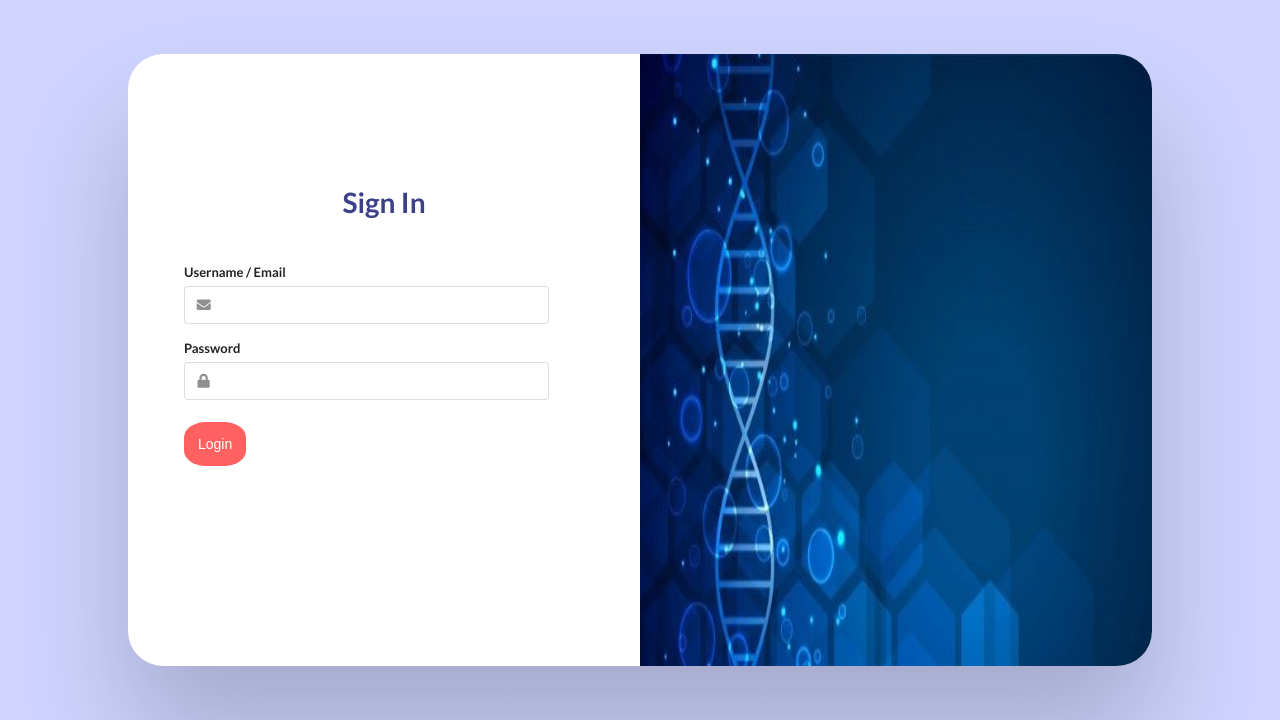
Repository: ajayaj2001/healthcare-digitization
Page: /
The author's editor kept a copy of each file at every save. The page is drawn from the files as they stood at one save, then again after a run of saves.
The browser window is 1280 px wide. The pictures show the whole page.
The project was rebuilt for these pictures with package versions that can differ from the ones it lists, and the page was loaded fresh each time. Also part of the build but not shown: src/component/userType/UserType.scss, src/component/userType/UserType.js.

Above is the page before, as saved 2021-03-12 21:20:57.

### public/index.html
<!DOCTYPE html>
<html lang="en">

<head>
  <meta charset="utf-8" />
  <meta name="viewport" content="width=device-width, initial-scale=1" />
  <meta name="theme-color" content="#000000" />
  <meta name="description" content="Web site created using create-react-app" />
  <link rel="stylesheet" href="https://fonts.googleapis.com/css?family=Roboto:300,400,500,700&display=swap" />
  <link rel="stylesheet" href="https://fonts.googleapis.com/icon?family=Material+Icons" />

  <!--
      manifest.json provides metadata used when your web app is installed on a
      user's mobile device or desktop. See https://developers.google.com/web/fundamentals/web-app-manifest/
    -->
  <!-- <link rel="manifest" href="%PUBLIC_URL%/manifest.json" /> -->
  <!--
      Notice the use of %PUBLIC_URL% in the tags above.
      It will be replaced with the URL of the `public` folder during the build.
      Only files inside the `public` folder can be referenced from the HTML.

      Unlike "/favicon.ico" or "favicon.ico", "%PUBLIC_URL%/favicon.ico" will
      work correctly both with client-side routing and a non-root public URL.
      Learn how to configure a non-root public URL by running `npm run build`.
    -->
  <title>medical</title>
</head>

<body>
  <noscript>You need to enable JavaScript to run this app.</noscript>
  <div id="root"></div>
  <!--
      This HTML file is a template.
      If you open it directly in the browser, you will see an empty page.

      You can add webfonts, meta tags, or analytics to this file.
      The build step will place the bundled scripts into the <body> tag.

      To begin the development, run `npm start` or `yarn start`.
      To create a production bundle, use `npm run build` or `yarn build`.
    -->
</body>

</html>

### src/index.js
import React from 'react';
import ReactDOM from 'react-dom';
import './index.scss';
import App from './component/app/App';
import 'semantic-ui-css/semantic.min.css'


ReactDOM.render(
  <React.StrictMode>
    <App />
  </React.StrictMode>,
  document.getElementById('root')
);

### src/index.scss
code {
  font-family: source-code-pro, Menlo, Monaco, Consolas, "Courier New", monospace;
}
@mixin respond($breakpoint) {
  @if $breakpoint == phone {
    @media (max-width: 37.5em) {
      @content;
    }
  }

  @if $breakpoint == tab-land {
    @media (max-width: 75em) {
      @content;
    }
  }
  @if $breakpoint == tab-port {
    @media (max-width: 56.25em) {
      @content;
    }
  }
  @if $breakpoint == big-desktop {
    @media (min-width: 112.5em) {
      @content;
    }
  }
}

*,
*::after,
*::before {
  margin: 0;
  padding: 0;
  box-sizing: inherit;
}
body {
  font-family: "Lato", sans-serif;
  font-weight: 400;
  font-size: 16px;
  line-height: 1.7;
  color: #777;
  //padding: 30px;
  box-sizing: border-box;
  @include respond(tab-port) {
    padding: 0;
  }
}

html {
  font-size: 62.5%; //1rem=10px 10px/16px=62.5%
  @include respond(tab-land) {
    //width <1200
    font-size: 56.25%; //1rem=9px
  }
  @include respond(tab-port) {
    //<width <900
    font-size: 50%; //1rem=8px
  }
  // @include respond(phone) {
  //     //<width<600
  //     font-size: 40%; //1rem=4.8px
  // }
  @include respond(big-desktop) {
    //>1200
    font-size: 75%; //1rem=12
  }
}

### src/component/app/App.js
import './App.scss';

import UserType from "../userType/UserType";
import Login from '../login/Login';

function App() {
  return (
    <div className="App">
      {/* <UserType /> */}
      <Login/>
    </div>
  );
}

export default App;

### src/component/login/Login.js
import React from 'react'
import sideGif from '../../img/img-1.jpg'
import './Login.scss'
import LoginForm from './loginForm/LoginForm'


const Login = () => {
    return (
        <div className="loginContainer">
            <div className="login">
                <div className="login__signin">
                    <h2 className="login__signin--heading">Sign In</h2>
                    <div className="login__signin--form"><LoginForm /></div>
                </div>

                <img src={sideGif} alt="rocket" className="login__image" />
            </div>
        </div>
    )
}

export default Login

### src/component/login/Login.scss
.loginContainer {
    margin: 0;
    background-color: #cfd4fe;
    height: 100vh;
    display: flex;
    justify-content: center;
    align-items: center;
}
.login {
    background-color: white;
    width: 80%;
    height: 85%;
    display: grid;
    grid-template-columns: 50% 50%;
    border-radius: 2.5rem;
    align-items: center;
    overflow: hidden;
    box-shadow: 0 5rem 8rem rgba(black, 0.2);
    &__image {
        width: 100%;
        height: 100%;
    }
    &__signin {
        display: flex;
        flex-direction: column;
        margin-bottom: 5rem;
        &--form {
            height: 70%;
        }
        &--heading {
            font-size: 2rem;
            color: #3b4089;
            align-self: center;
        }
    }
}


.ui.error.message{
    width: 90% !important;
    height: 5rem !important;
}

### src/component/login/loginForm/LoginForm.js
import React, { useState } from 'react'
import { Form, Message } from 'semantic-ui-react'
import './LoginForm.scss'
//import { Link } from 'react-router-dom';
//import firebase from '../../../../firebase';


const LoginForm = () => {

    const [errors, seterrors] = useState("")
    const [email, setEmail] = useState("");
    const [password, setPassword] = useState("");
    const [loading, setLoading] = useState(false);




    const formSubmit = (event) => {
        event.preventDefault();
        if (email && password) {
            setLoading(true);
            // firebase
            //     .auth()
            //     .signInWithEmailAndPassword(email, password)
            //     .then(() => {
            //         setLoading(false);
            //         seterrors("")
            //     })
            //     .catch((err) => {
            //         console.log(err);
            //         seterrors(err.message)
            //         setLoading(false);
            //     })
        }
        else {
            seterrors("Fill  the data")
        }
    }



    return (
        <div className="loginForm">
            {
                errors ? <Message error style={{ width: '40rem', height: '5rem' }} ><h2>{errors}</h2></Message> : ""

            }
            <Form onSubmit={formSubmit}>
                <Form.Input
                    fluid
                    name="email"
                    icon="mail"
                    iconPosition="left"
                    label="Username / Email"
                    type="Email"
                    onChange={(event) => setEmail(event.target.value)} value={email}
                    className={errors.toLowerCase().includes('email') ? 'error loginForm__input' : 'loginForm__input'}
                />
                <Form.Input
                    fluid
                    name="password"
                    icon="lock"
                    iconPosition="left"
                    label="Password"
                    type="password"
                    onChange={(event) => setPassword(event.target.value)} value={password}
                    className={errors.toLowerCase().includes('password') ? 'error loginForm__input' : 'loginForm__input'}
                />
                <button disabled={loading} className={loading ? 'loading loginForm__button' : " loginForm__button"} type='submit'>Login </button>
            </Form>
            {/* <div className="loginForm__link">Don't Have An Account?<Link to="/register" >  Register</Link></div> */}

        </div>
    )
}

export default LoginForm

### src/component/login/loginForm/LoginForm.scss
.loginForm {
    margin-top: 2rem;
    padding-left: 4rem;
    &__input {
        width: 80%;
        border-radius: 30%;
    }
    &__button {
        background-color: #ff6161;
        border: none;
        padding: 1rem;
        border-radius: 35%;
        color: white;
        margin-top: 0.6rem;
    }
    &__button:focus {
        outline: none;
        background-color: #ffbcbc;
    }
    &__link {
        padding-top: 0.4rem;
        padding-left: 8rem;
    }
    &__input2 {
        width: 80%;
    }
}

Loaded but not shown: src/component/app/App.scss (no stored copy; drawn as an empty file)

After the next 3 saves:
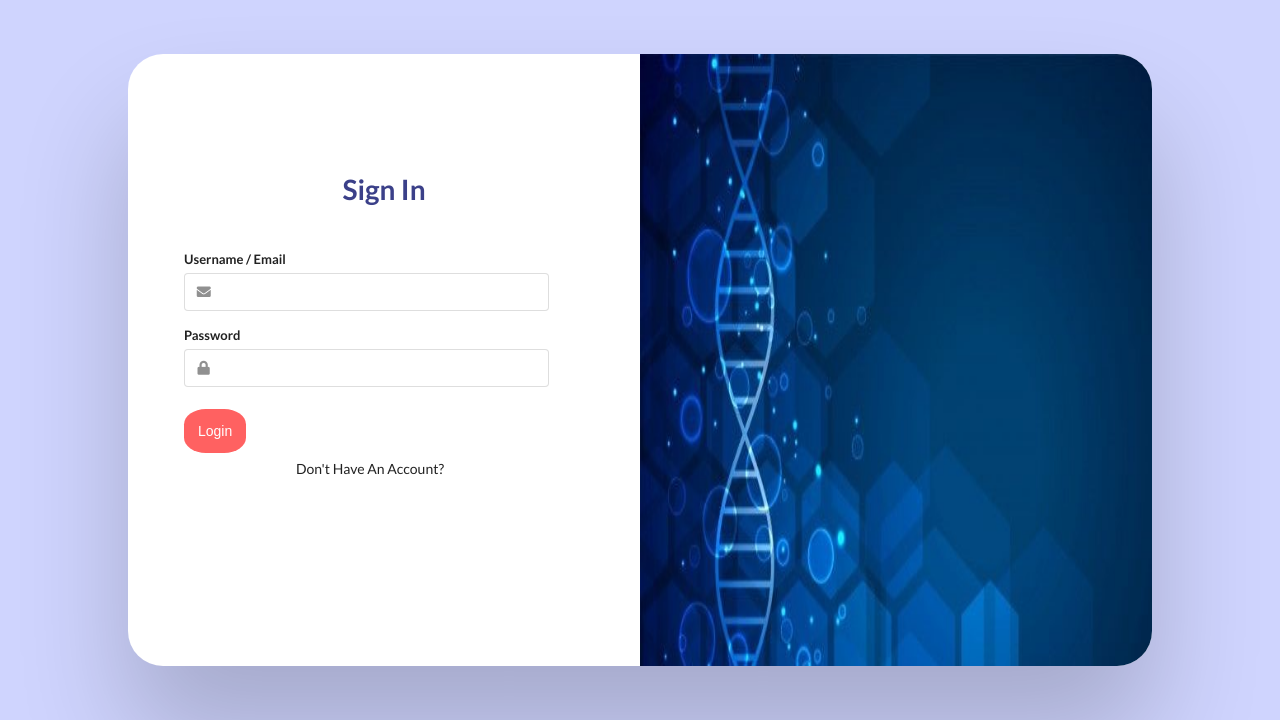
The 3 saves are shown as one change because 2 did not build or start.
The last was saved 2 min 1 s later.
--- a/src/component/login/loginForm/LoginForm.js
+++ b/src/component/login/loginForm/LoginForm.js
@@ -68,7 +68,7 @@ const LoginForm = () => {
                 />
                 <button disabled={loading} className={loading ? 'loading loginForm__button' : " loginForm__button"} type='submit'>Login </button>
             </Form>
-            {/* <div className="loginForm__link">Don't Have An Account?<Link to="/register" >  Register</Link></div> */}
+            <div className="loginForm__link">Don't Have An Account? {/*<Link to="/register" >  Register</Link>*/}</div>
 
         </div>
     )
